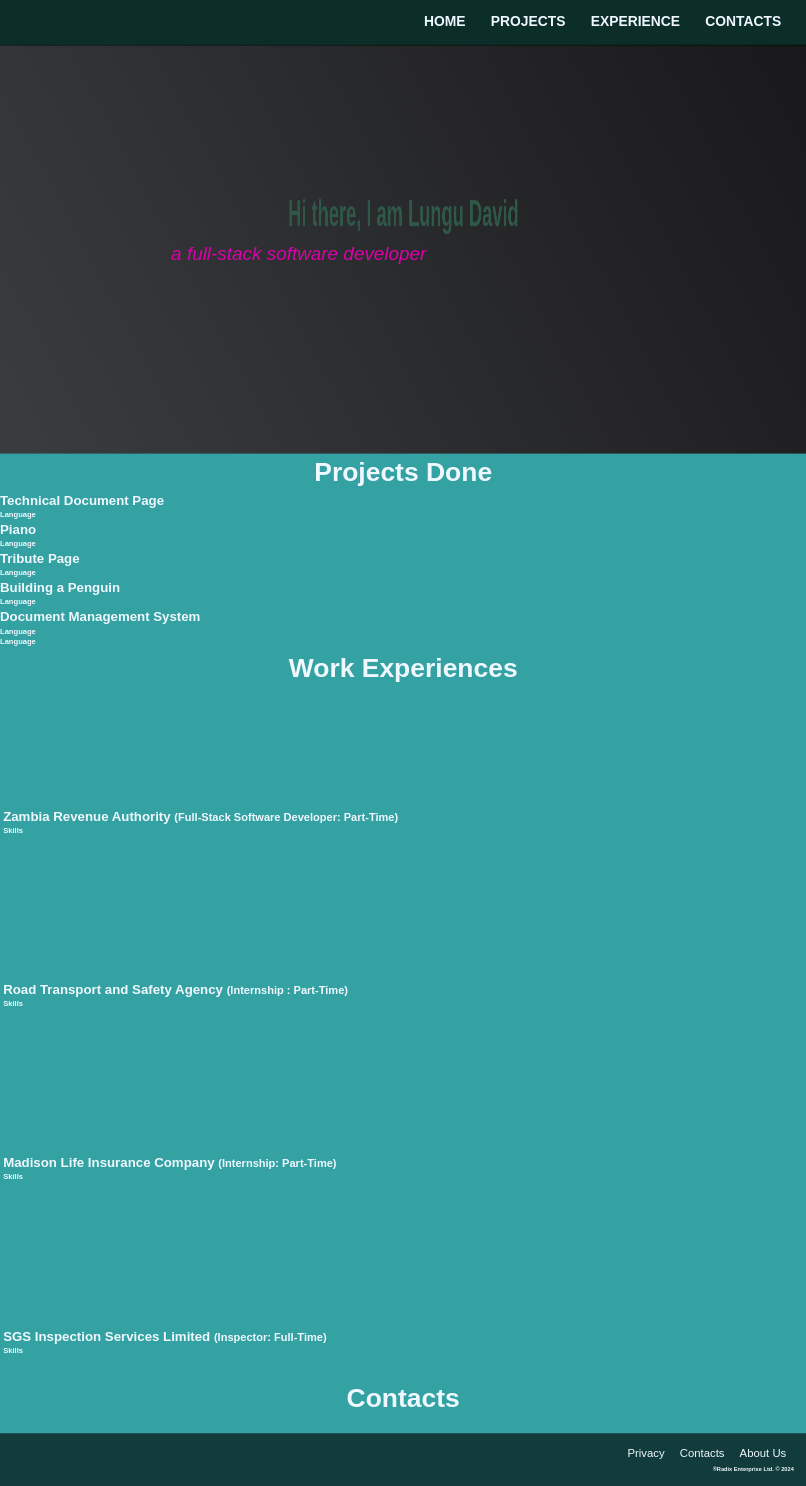
Repository: Lungdjos/personal_portifolio
Page: html/index.html
These files come from the project's save history. The page is drawn as it stood at one moment and after a run of saves; the edit follows.
The browser window is 1280 px wide. The pictures show the whole page, at 63% of full size.

Above is the page before, as saved 2024-02-02 01:30:37.

After the next 2 saves:
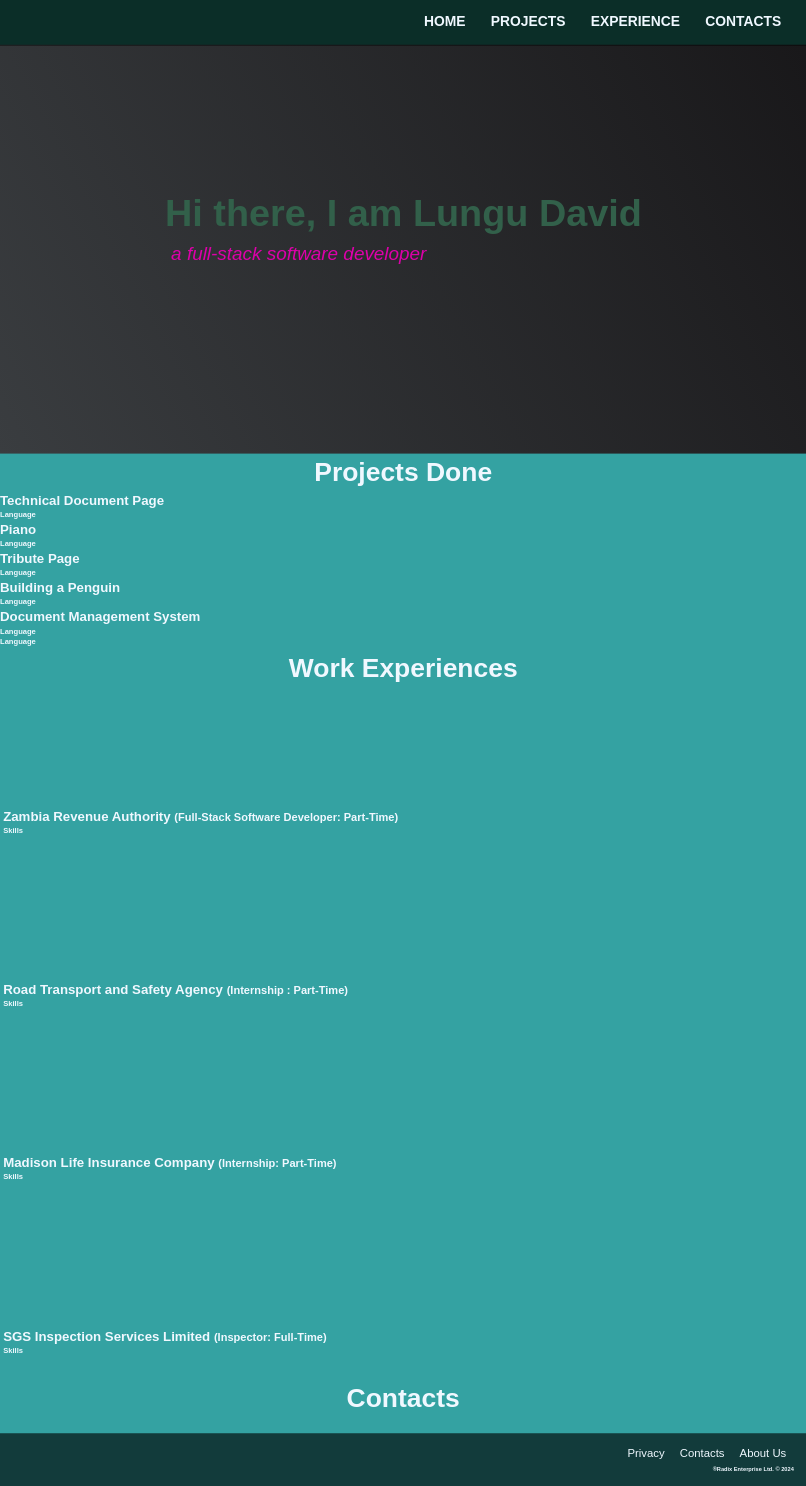
The 2 saves are shown as one change because they came seconds apart.
The last was saved 42 s later.
--- a/css/styles.css
+++ b/css/styles.css
@@ -217,7 +217,7 @@ footer>span {
         transform: rotateY(0deg);
         color: #333;
     }
-    50% {
+    30% {
         transform: rotateY(360deg);
         color: #2e604a;
     }
